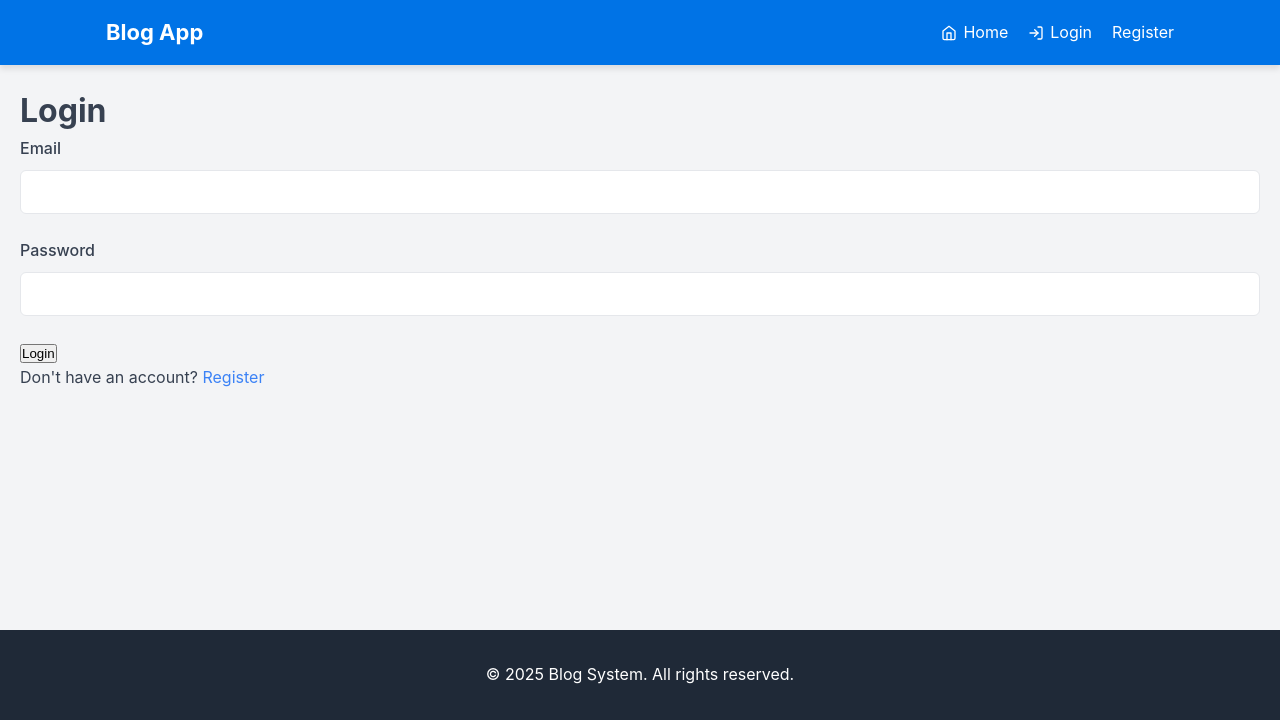
Repository: Vicae-a/Blog
Page: /profile (app in frontend/)
These files come from the project's save history. The page is drawn as it stood at one moment and after a run of saves; the edit follows.
The browser window is 1280 px wide. The pictures show the whole page.
The project was rebuilt for these pictures with package versions that can differ from the ones it lists, and the page was loaded fresh each time. Also part of the build but not shown: frontend/vite.config.js, frontend/src/components/PostCard.jsx, frontend/src/components/Pagination.jsx, frontend/src/components/SearchBar.jsx, frontend/src/pages/Home.jsx, frontend/src/pages/Register.jsx, frontend/src/components/Comment.jsx, frontend/src/components/CommentForm.jsx and 5 more.

Above is the page before, as saved 2025-03-29 23:23:10.

### frontend/src/main.jsx
import React from 'react';
import ReactDOM from 'react-dom/client';
import { BrowserRouter } from 'react-router-dom';
import App from './App';


const root = ReactDOM.createRoot(document.getElementById('root'));

root.render(
  <BrowserRouter>
    <App />
  </BrowserRouter>
);

### frontend/src/App.jsx
// src/App.jsx
import { BrowserRouter as Router, Routes, Route, Navigate, useLocation } from 'react-router-dom';

import { QueryClient, QueryClientProvider } from "@tanstack/react-query";
import { ToastContainer } from 'react-toastify';
import { AuthProvider, useAuth } from './context/AuthContext';
import Navbar from './components/Navbar';
import Footer from './components/Footer';
import Home from './pages/Home';
import Login from './pages/Login';
import Register from './pages/Register';
import PostDetail from './pages/PostDetail';
import CreatePost from './pages/CreatePost';
import EditPost from './pages/EditPost';
import Profile from './pages/Profile';
import NotFound from './pages/NotFound';
import 'react-toastify/dist/ReactToastify.css';
import './App.css';

const queryClient = new QueryClient({
  defaultOptions: {
    queries: {
      retry: 1,
      refetchOnWindowFocus: false,
    },
  },
});

// Protected route component
const ProtectedRoute = ({ children }) => {
  const { user, loading } = useAuth();
  const location = useLocation();

  if (loading) return <div className="loading">Loading...</div>;

  if (!user) {
    return <Navigate to="/login" replace state={{ from: location.pathname }} />;
  }

  return children;
};

// Guest-only route component
const GuestRoute = ({ children }) => {
  const { user, loading } = useAuth();

  if (loading) return <div className="loading">Loading...</div>;

  if (user) {
    return <Navigate to="/" replace />;
  }

  return children;
};

function App() {
  return (
    <QueryClientProvider client={queryClient}>
      <AuthProvider>

          <div className="app-container">
            <Navbar />
            <main className="main-content">
              <Routes>
                {/* Public routes */}
                <Route path="/" element={<Home />} />
                <Route path="/posts/:id" element={<PostDetail />} />

                {/* Guest-only routes */}
                <Route
                  path="/login"
                  element={
                    <GuestRoute>
                      <Login />
                    </GuestRoute>
                  }
                />
                <Route
                  path="/register"
                  element={
                    <GuestRoute>
                      <Register />
                    </GuestRoute>
                  }
                />

                {/* Protected routes */}
                <Route
                  path="/posts/create"
                  element={
                    <ProtectedRoute>
                      <CreatePost />
                    </ProtectedRoute>
                  }
                />
                <Route
                  path="/posts/:id/edit"
                  element={
                    <ProtectedRoute>
                      <EditPost />
                    </ProtectedRoute>
                  }
                />
                <Route
                  path="/profile"
                  element={
                    <ProtectedRoute>
                      <Profile />
                    </ProtectedRoute>
                  }
                />

                {/* 404 Not Found */}
                <Route path="*" element={<NotFound />} />
              </Routes>
            </main>
            <Footer />
            <ToastContainer
              position="bottom-right"
              autoClose={5000}
              hideProgressBar={false}
              newestOnTop
              closeOnClick
              rtl={false}
              pauseOnFocusLoss
              draggable
              pauseOnHover
              theme="light"
            />
          </div>

      </AuthProvider>
    </QueryClientProvider>
  );
}

export default App;

### frontend/src/context/AuthContext.jsx
// src/context/AuthContext.jsx
import { createContext, useState, useEffect, useContext } from 'react';
import { authAPI } from '../services/api';
import { useNavigate } from 'react-router-dom';
import { toast } from 'react-toastify';

const AuthContext = createContext(null);

export const AuthProvider = ({ children }) => {
  const [user, setUser] = useState(null);
  const [loading, setLoading] = useState(true);
  const navigate = useNavigate();

  // Load user from localStorage on mount
  useEffect(() => {
    const storedUser = localStorage.getItem('user');
    if (storedUser) {
      setUser(JSON.parse(storedUser));
    }
  }, []);

  // Check if user is logged in on mount
  useEffect(() => {
    const checkUser = async () => {
      try {
        const token = localStorage.getItem('token');
        if (token) {
          const response = await authAPI.getCurrentUser();
          setUser(response.data.data.user);
        }
      } catch (error) {
        console.error('Authentication error:', error);
        logout();
      } finally {
        setLoading(false);
      }
    };

    checkUser();
  }, []);

  const register = async (userData) => {
    try {
      const response = await authAPI.register(userData);
      const { user, token } = response.data.data;

      localStorage.setItem('token', token);
      localStorage.setItem('user', JSON.stringify(user));
      setUser(user);

      toast.success('Registration successful!');
      navigate('/');
      return true;
    } catch (error) {
      const errorMessage = error.response?.data?.message || 'Registration failed. Please try again.';
      toast.error(errorMessage);
      return false;
    }
  };

  const login = async (credentials) => {
    try {
      const response = await authAPI.login(credentials);
      const { user, token } = response.data.data;

      localStorage.setItem('token', token);
      localStorage.setItem('user', JSON.stringify(user));
      setUser(user);

      toast.success('Login successful!');
      navigate('/');
      return true;
    } catch (error) {
      const errorMessage = error.response?.data?.message || 'Login failed. Please check your credentials.';
      toast.error(errorMessage);
      return false;
    }
  };

  const logout = () => {
    localStorage.clear();
    setUser(null);
    toast.success('Logged out successfully');
    navigate('/login');
  };

  const updateProfile = async (userData) => {
    try {
      const response = await authAPI.updateProfile(userData);
      const updatedUser = response.data.data.user;

      setUser(updatedUser);
      localStorage.setItem('user', JSON.stringify(updatedUser));

      toast.success('Profile updated successfully');
      return true;
    } catch (error) {
      const errorMessage = error.response?.data?.message || 'Failed to update profile. Please try again.';
      toast.error(errorMessage);
      return false;
    }
  };

  return (
    <AuthContext.Provider
      value={{
        user,
        loading,
        register,
        login,
        logout,
        updateProfile,
        isAuthenticated: !!user
      }}
    >
      {children}
    </AuthContext.Provider>
  );
};

export const useAuth = () => {
  const context = useContext(AuthContext);
  if (!context) {
    throw new Error('useAuth must be used within an AuthProvider');
  }
  return context;
};

### frontend/src/components/Navbar.jsx
import { useState } from "react";
import { Link } from "react-router-dom";
import { useAuth } from "../context/AuthContext";
import { FiMenu, FiX, FiUser, FiLogOut, FiPlus, FiHome, FiLogIn } from "react-icons/fi";
import "../assets/css/Navbar.css"; // Import the CSS file

const Navbar = () => {
  const { user, logout, isAuthenticated } = useAuth();
  const [isOpen, setIsOpen] = useState(false);
  const [isDropdownOpen, setIsDropdownOpen] = useState(false);

  return (
    <nav className="navbar">
      <div className="container">

        {/* Logo */}
        <Link to="/" className="logo">Blog App</Link>

        {/* Mobile Menu Toggle */}
        <button
          className="menu-toggle"
          onClick={() => setIsOpen(!isOpen)}
        >
          {isOpen ? <FiX /> : <FiMenu />}
        </button>

        {/* Navbar Links */}
        <div className={`nav-links ${isOpen ? "active" : ""}`}>
          <Link to="/" className="nav-item">
            <FiHome /> Home
          </Link>

          {isAuthenticated ? (
            <>
              <Link to="/posts/create" className="nav-item">
                <FiPlus /> New Post
              </Link>

              {/* User Dropdown */}
              <div className="nav-item dropdown">
                <button
                  onClick={() => setIsDropdownOpen(!isDropdownOpen)}
                  className="dropdown-btn"
                >
                  <FiUser /> {user.name}
                </button>

                {/* Dropdown Menu */}
                {isDropdownOpen && (
                  <div className="dropdown-menu">
                    <Link to="/profile" className="dropdown-item">Profile</Link>
                    <button
                      onClick={logout}
                      className="dropdown-item logout"
                    >
                      <FiLogOut /> Logout
                    </button>
                  </div>
                )}
              </div>
            </>
          ) : (
            <>
              <Link to="/login" className="nav-item">
                <FiLogIn /> Login
              </Link>
              <Link to="/register" className="nav-item">Register</Link>
            </>
          )}
        </div>
      </div>
    </nav>
  );
};

export default Navbar;

### frontend/src/components/Footer.jsx
// src/components/Footer.jsx
const Footer = () => {
    const currentYear = new Date().getFullYear();

    return (
      <footer className="site-footer">
        <div className="container">
          <div className="footer-content">
            <p>&copy; {currentYear} Blog System. All rights reserved.</p>
          </div>
        </div>
      </footer>
    );
  };

  export default Footer;

### frontend/src/pages/Login.jsx
import { useState } from 'react';
import { Link } from 'react-router-dom';
import { useAuth } from '../context/AuthContext';

const Login = () => {
  const [formData, setFormData] = useState({
    email: '',
    password: '',
  });
  const [errors, setErrors] = useState({});
  const [isSubmitting, setIsSubmitting] = useState(false);
  const { login } = useAuth();

  const handleChange = (e) => {
    const { name, value } = e.target;
    setFormData({
      ...formData,
      [name]: value,
    });
    // Clear error when user types
    if (errors[name]) {
      setErrors({
        ...errors,
        [name]: '',
      });
    }
  };

  const validate = () => {
    const newErrors = {};
    if (!formData.email) newErrors.email = 'Email is required';
    if (!formData.password) newErrors.password = 'Password is required';
    return newErrors;
  };

  const handleSubmit = async (e) => {
    e.preventDefault();

    const newErrors = validate();
    if (Object.keys(newErrors).length > 0) {
      setErrors(newErrors);
      return;
    }

    setIsSubmitting(true);

    try {
      await login(formData);
    } catch (error) {
      console.error('Login failed:', error);
    } finally {
      setIsSubmitting(false);
    }
  };

  return (
    <div className="auth-page">
      <div className="auth-container">
        <h1>Login</h1>
        <form onSubmit={handleSubmit}>
          <div className="form-group">
            <label htmlFor="email">Email</label>
            <input
              type="email"
              id="email"
              name="email"
              value={formData.email}
              onChange={handleChange}
            />
            {errors.email && <span className="error">{errors.email}</span>}
          </div>

          <div className="form-group">
            <label htmlFor="password">Password</label>
            <input
              type="password"
              id="password"
              name="password"
              value={formData.password}
              onChange={handleChange}
            />
            {errors.password && <span className="error">{errors.password}</span>}
          </div>

          <button
            type="submit"
            disabled={isSubmitting}
            className="auth-button"
          >
            {isSubmitting ? 'Logging in...' : 'Login'}
          </button>
        </form>

        <div className="auth-links">
          <p>
            Don't have an account? <Link to="/register">Register</Link>
          </p>
        </div>
      </div>
    </div>
  );
};

export default Login;

### frontend/src/assets/css/Navbar.css
/* Navbar Container */
.navbar {
    background-color: #0073e6;
    color: white;
    padding: 15px 20px;
    position: relative;
    box-shadow: 0 4px 6px rgba(0, 0, 0, 0.1);
  }

  .navbar .container {
    display: flex;
    justify-content: space-between;
    align-items: center;
    max-width: 1100px;
    margin: 0 auto;
  }

  /* Logo */
  .navbar .logo {
    font-size: 22px;
    font-weight: bold;
    text-decoration: none;
    color: white;
  }

  /* Navbar Links */
  .navbar .nav-links {
    display: flex;
    gap: 20px;
    align-items: center;
  }

  .navbar .nav-item {
    text-decoration: none;
    color: white;
    font-size: 16px;
    display: flex;
    align-items: center;
    gap: 6px;
    transition: color 0.3s;
  }

  .navbar .nav-item:hover {
    color: #ffcc00;
  }

  /* Dropdown */
  .navbar .dropdown {
    position: relative;
  }

  .navbar .dropdown-btn {
    background: none;
    border: none;
    color: white;
    font-size: 16px;
    display: flex;
    align-items: center;
    cursor: pointer;
  }

  /* Dropdown Menu */
  .navbar .dropdown-menu {
    position: absolute;
    top: 40px;
    right: 0;
    background: white;
    color: black;
    width: 160px;
    border-radius: 5px;
    box-shadow: 0 4px 6px rgba(0, 0, 0, 0.1);
    display: none; /* Hide initially */
    flex-direction: column;
    z-index: 1000;
  }

  .navbar .dropdown.open .dropdown-menu {
    display: flex; /* Show dropdown when open */
  }

  .navbar .dropdown-item {
    padding: 10px;
    display: flex;
    align-items: center;
    gap: 6px;
    cursor: pointer;
    text-decoration: none;
    color: black;
    transition: background 0.3s;
  }

  .navbar .dropdown-item:hover {
    background: #f1f1f1;
  }

  .navbar .logout {
    color: red;
  }

  /* Mobile Menu */
  .navbar .menu-toggle {
    display: none;
    font-size: 22px;
    background: none;
    border: none;
    color: white;
    cursor: pointer;
  }

  @media (max-width: 768px) {
    .navbar .menu-toggle {
      display: block;
    }

    .navbar .nav-links {
      display: none;
      flex-direction: column;
      gap: 10px;
      position: absolute;
      top: 60px;
      right: 10px;
      background: #3d4e6076;
      width: 200px;
      border-radius: 5px;
      box-shadow: 0 4px 6px rgba(0, 0, 0, 0.1);
    }

    .navbar .nav-links.active {
      display: flex;
    }
  }

Loaded but not shown: frontend/index.html (common file); frontend/src/services/api.js (104 lines, source omitted); frontend/src/App.css (712 lines, source omitted)

After the next 2 saves:
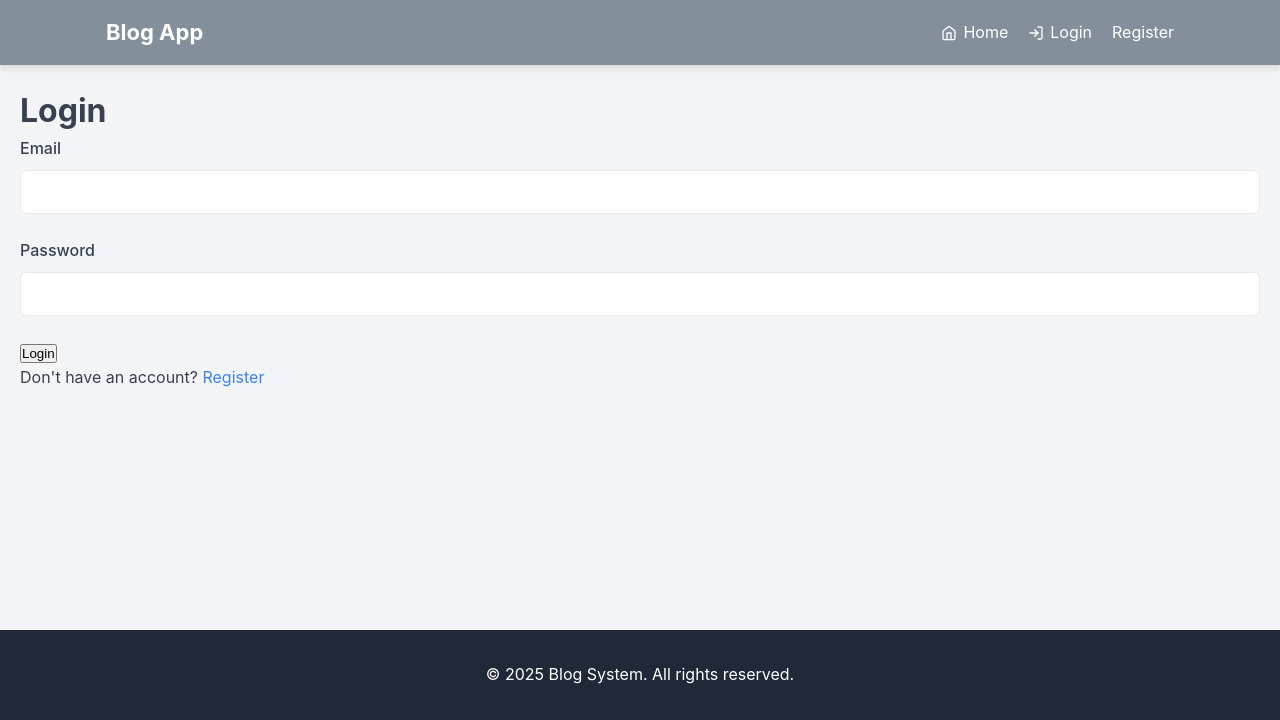
The 2 saves are shown as one change because they came seconds apart.
The last was saved 37 s later.
--- a/frontend/src/assets/css/Navbar.css
+++ b/frontend/src/assets/css/Navbar.css
@@ -1,6 +1,6 @@
 /* Navbar Container */
 .navbar {
-    background-color: #0073e6;
+    background-color: #455769a3;
     color: white;
     padding: 15px 20px;
     position: relative;
